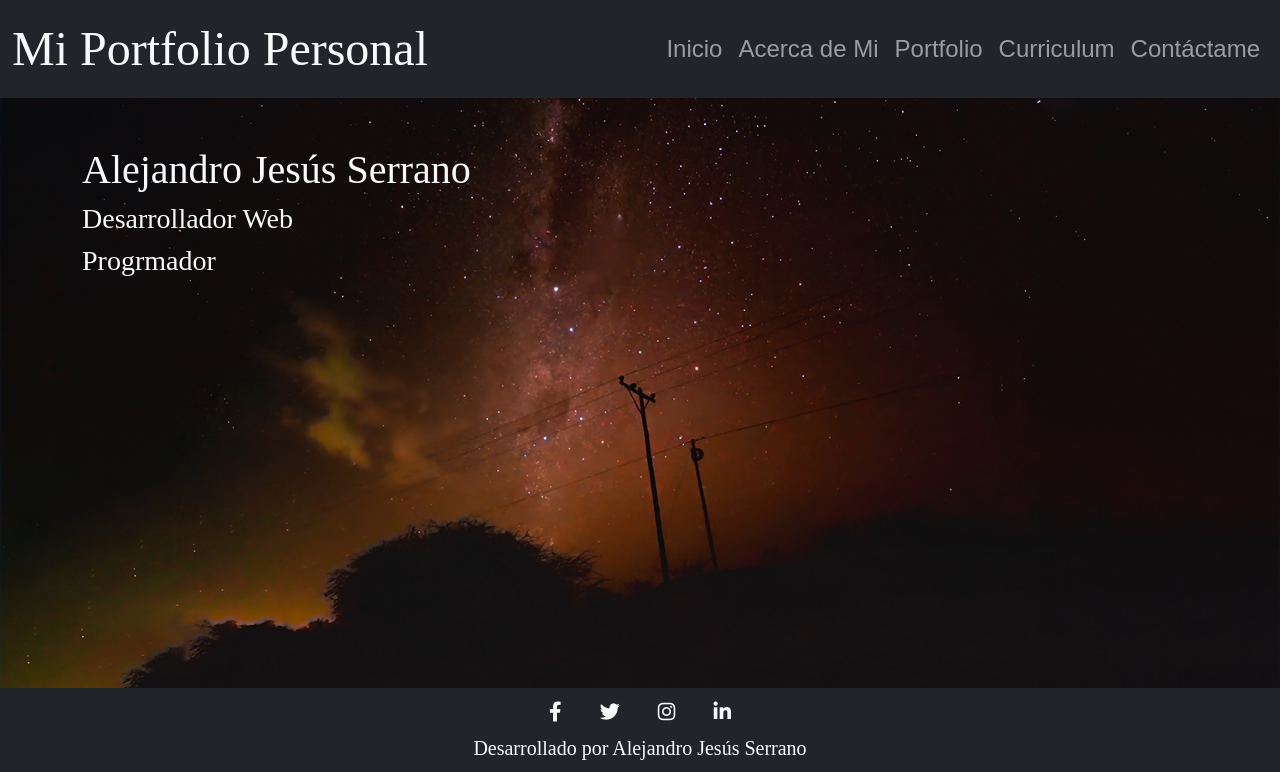
Repository: AlejandroJesusSerrano/portfolio
Page: portfolio/core/templates/core/home.html
These files come from the project's save history. The page is drawn as it stood at one moment and after the next save; the edit follows.
The browser window is 1280 px wide. The pictures show the whole page.
Some web fonts or font styles are not loaded; a fallback is used. The template is drawn by Django 4.2. The application's start-up code is not run. Other server files are loaded and not shown. The template is opened directly, without the code that normally fills it, so the values that code supplies are empty.

Above is the page before, as saved 2023-09-06 09:12:35.

### portfolio/core/templates/core/home.html
{% extends 'core/base.html' %}
{% load static %}

{% block title %} Inicio {% endblock title %}

<!-- header -->
{% block content %}
<div class="home bkg-img p-5">
  <div class="container">
    <div class="row">
      <div class="col-12 brand">
        <div>
          <h1>Alejandro Jesús Serrano</h1>
        </div>
        <div>
          <h3>Desarrollador Web</h3>
        </div>
        <div>
          <h3>Progrmador</h3>
        </div>
      </div>
    </div>
  </div>
</div>
{% endblock content %}

### portfolio/core/templates/core/base.html
{% load static %}

<!DOCTYPE html>
<html lang="en">

<head>
  <meta charset="UTF-8">
  <meta name="viewport" content="width=device-width, initial-scale=1.0">
  <link rel="stylesheet" href={% static 'lib/bootstrap-5.2/css/bootstrap.min.css' %}>
  <link rel="stylesheet" href={% static 'lib/fontawesome-6.4.2/css/all.min.css' %}>
  <link rel="stylesheet" href={% static 'css/styles.css' %}>
  <title>Portafolio Personal - {% block title %} {% endblock title %}</title>
</head>

<body>
  <!-- HEADER -->
  <nav class="navbar navbar-expand-lg navbar-dark bg-dark">
    <div class="container-fluid">
      <a class="navbar-brand brand" href={% url 'home' %}>Mi Portfolio Personal</a>
      <button class="navbar-toggler" type="button" data-bs-toggle="collapse" data-bs-target="#navbarNav"
        aria-controls="navbarNav" aria-expanded="false" aria-label="Toggle navigation">
        <span class="navbar-toggler-icon"></span>
      </button>
      <div class="collapse navbar-collapse" id="navbarNav">
        <ul class="navbar-nav nav_menu ms-auto">
          <li class="nav-item">
            <a class="nav-link" aria-current="page" href={% url 'home' %}>Inicio</a>
          </li>
          <li class="nav-item">
            <a class="nav-link" href={% url 'about' %}>Acerca de Mi</a>
          </li>
          <li class="nav-item">
            <a class="nav-link" href={% url 'portfolio' %}>Portfolio</a>
          </li>
          <li class="nav-item">
            <a class="nav-link" href={% url 'curriculum' %}>Curriculum</a>
          </li>
          <li class="nav-item">
            <a class="nav-link" href={% url 'contact' %}>Contáctame</a>
          </li>
        </ul>
      </div>
    </div>
  </nav>

  <!-- CONTENT - Template Tags -->

  {% block content %} {%endblock content%}

  <div class="mb-0">
    <footer class="bg-dark text-center text-light">
      <section>
        <div class="container">
          <a class="btn btn-link btn-floating btn-lg text-light" href="#" role="button">
            <i class="fab fa-facebook-f"></i>
          </a>
          <a class="btn btn-link btn-floating btn-lg text-light" href="#" role="button">
            <i class="fab fa-twitter"></i>
          </a>
          <a class="btn btn-link btn-floating btn-lg text-light" href="#" role="button">
            <i class="fab fa-instagram"></i>
          </a>
          <a class="btn btn-link btn-floating btn-lg text-light" href="#" role="button">
            <i class="fab fa-linkedin-in"></i>
          </a>
        </div>
        <div class="container">
          <div class="pb-1">
            <h5 class="develop">Desarrollado por Alejandro Jesús Serrano</h5>
          </div>
        </div>
      </section>
    </footer>
  </div>
  <!-- End of .container -->

  <script src={% static 'lib/bootstrap-5.2/js/bootstrap.min.js' %}></script>
  <script src={% static 'lib/fontawesome-6.4.2/js/all.min.js' %}></script>
</body>

</html>

### portfolio/static/css/styles.css
@import url("https://fonts.googleapis.com/css2?family=Arima:wght@500;700&family=Average+Sans&family=Mulish:ital,wght@0,400;0,500;0,700;1,400;1,500;1,700&display=swap");

* {
  margin: 0;
  padding: 0;
  box-sizing: border-box;
}

.brand {
  font-family: "Arima", cursive;
  font-size: 3rem;
  color: #f8f9fa;
}

.nav_menu {
  font-family: "Average Sans", sans-serif;
  font-size: 1.5rem;
}

.develop {
  font-family: "Arima", cursive;
  font-size: 1.25rem;
}

.home {
  background-image: url(../img/sancarlos_noche_web.jpg);
  background-size: cover;
  background-position: center;
  height: 82vh;
}

Loaded but not shown: portfolio/static/lib/bootstrap-5.2/css/bootstrap.min.css (library); portfolio/static/lib/fontawesome-6.4.2/css/all.min.css (library); portfolio/static/lib/bootstrap-5.2/js/bootstrap.min.js (library)

After the next save:
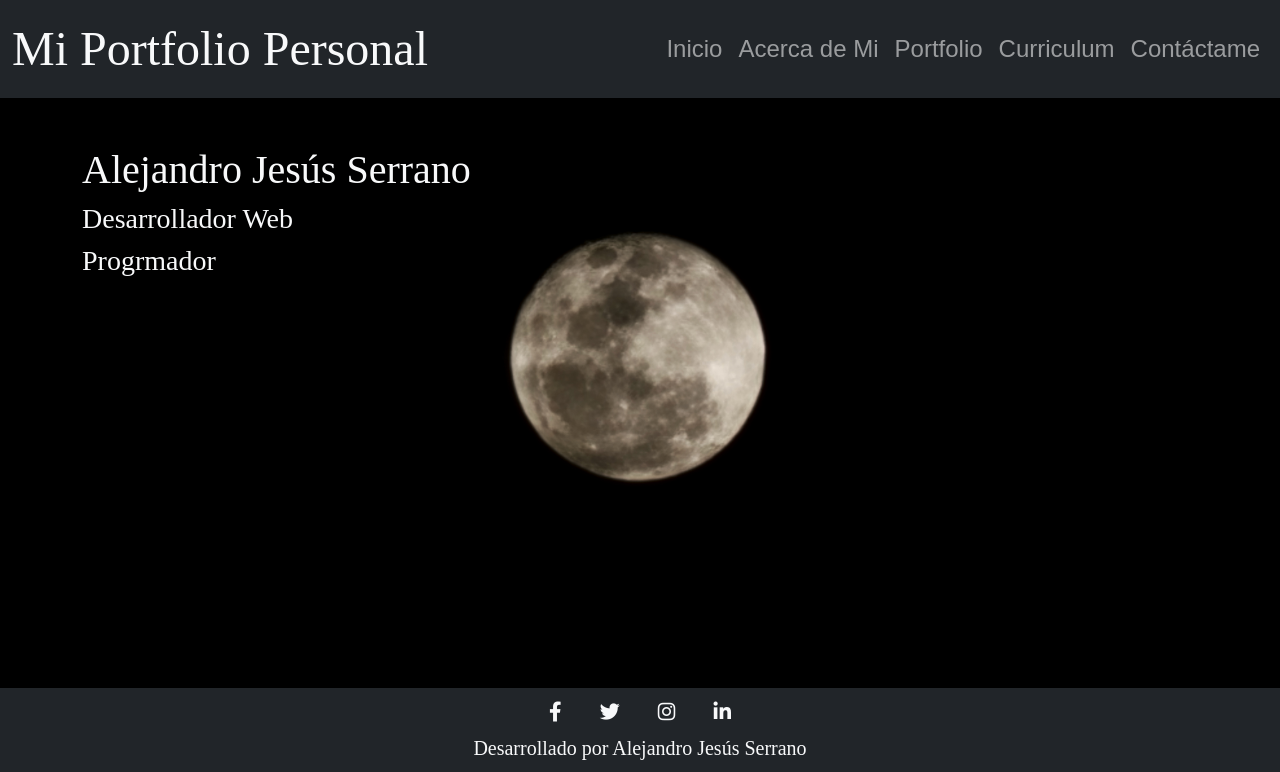
Saved 71 s later.
--- a/portfolio/static/css/styles.css
+++ b/portfolio/static/css/styles.css
@@ -23,7 +23,7 @@
 }
 
 .home {
-  background-image: url(../img/sancarlos_noche_web.jpg);
+  background-image: url(../img/moon.jpg);
   background-size: cover;
   background-position: center;
   height: 82vh;
